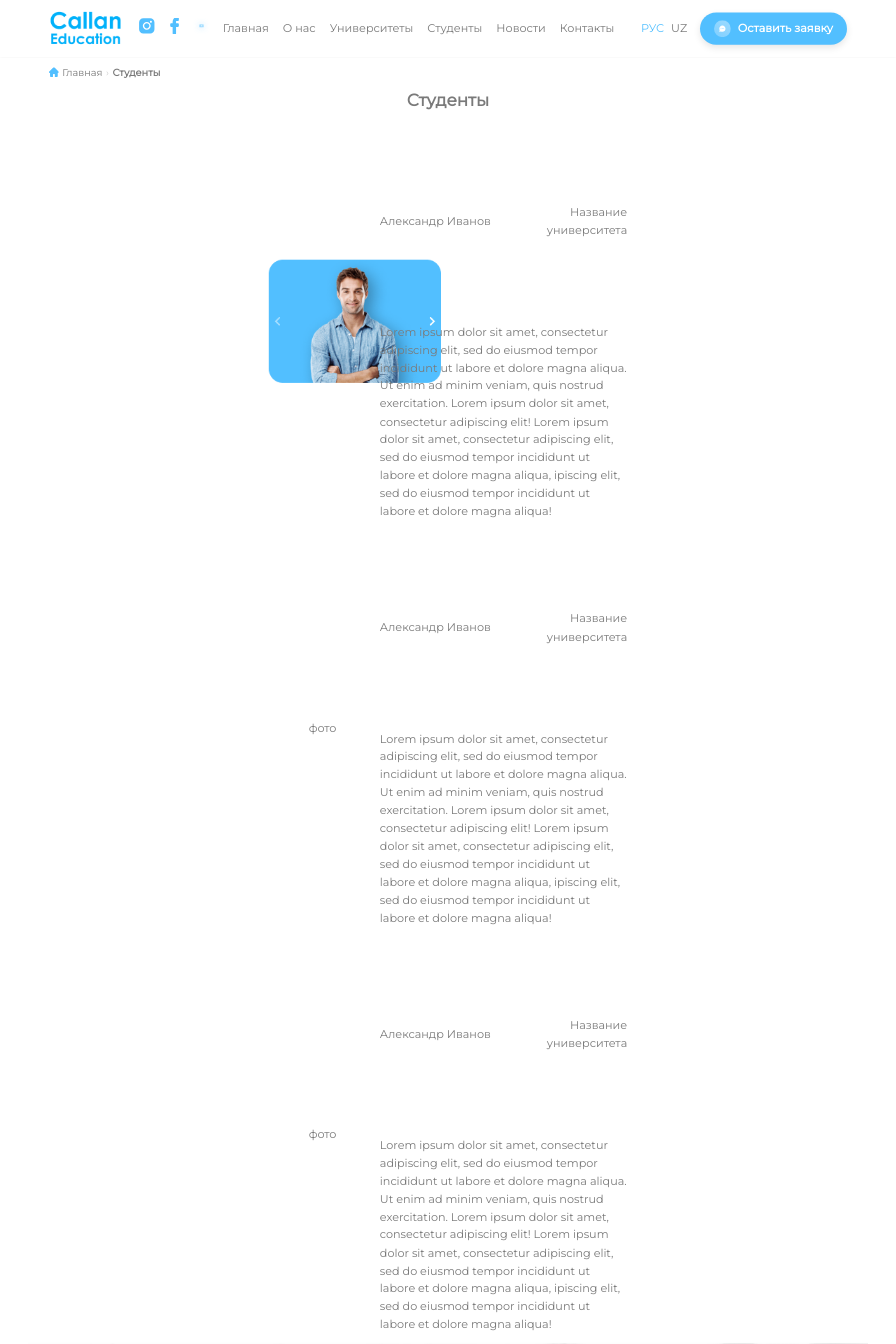
Repository: olyakorzh/Team-project-1
Page: assets/pages/students.html
These files come from the project's save history. The page is drawn as it stood at one moment and after a run of saves; the edit follows.
The browser window is 1280 px wide. The pictures show the part of the page from y = 0 to 1920 px (the page is 3373 px tall), at 70% of full size.
Pictures or frames that could not be fetched are drawn as grey boxes. A picture or video elsewhere on the page could not be fetched, so the positions and the page height are approximate.

Above is the page before, as saved 2024-12-08 11:31:56.

After the next 2 saves:
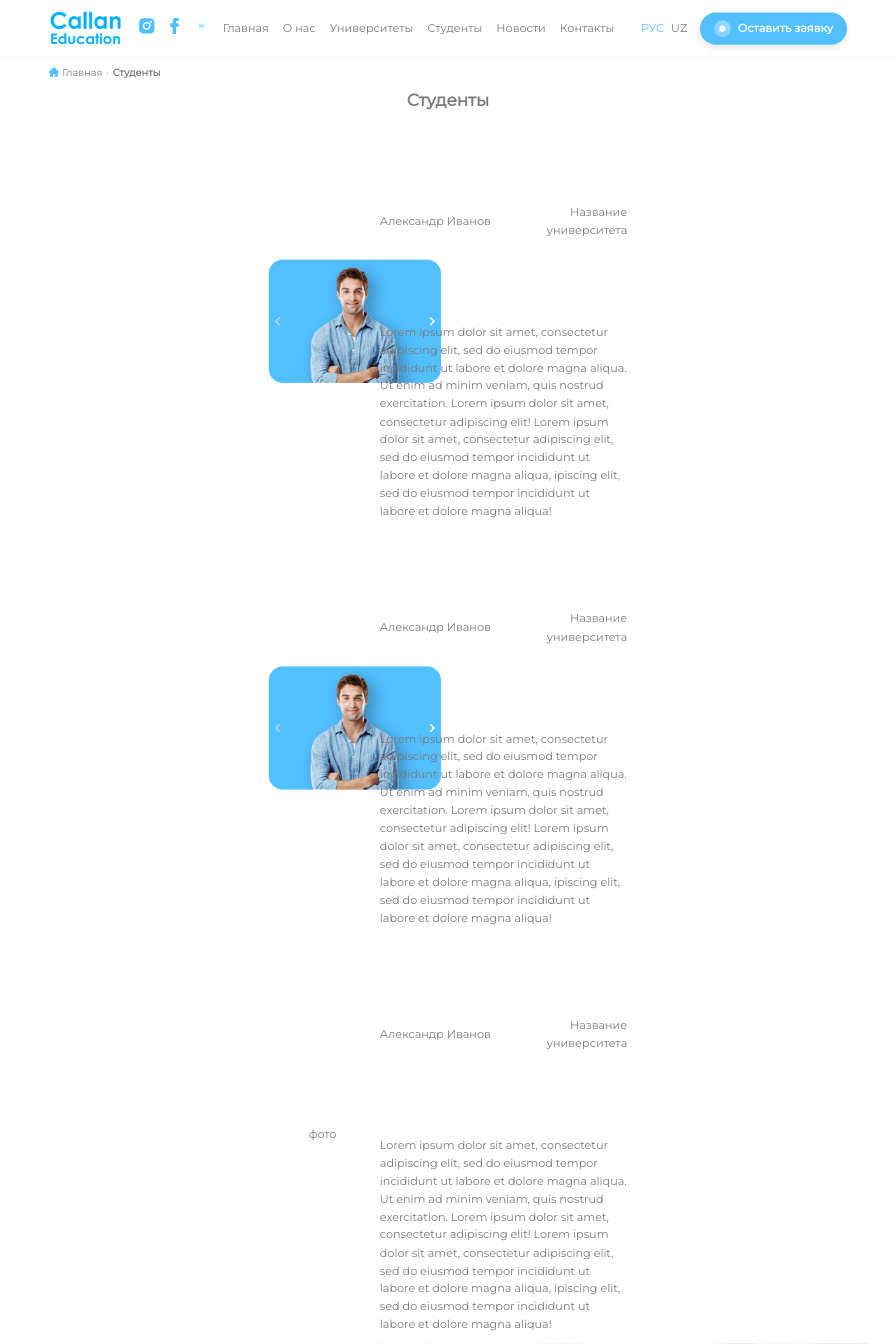
The 2 saves are shown as one change because they came seconds apart.
The last was saved 27 s later.
--- a/assets/pages/students.html
+++ b/assets/pages/students.html
@@ -112,8 +112,7 @@
          </div>
         </div>
         <div class="basic">
-          <div class="containerstudent">
-          <div class="block_foto">фото</div>
+          <div class="containerstudent"><div class="block_foto"><img src="../img/students.img/photo.png" alt="Фото студента"></div>
           <div class="block1">Александр Иванов</div>
           <div class="block2">Название университета</div>
           <div class="block3">Lorem ipsum dolor sit amet, consectetur adipiscing elit, sed do eiusmod tempor incididunt ut labore et dolore magna aliqua. Ut enim ad minim veniam, quis nostrud exercitation. Lorem ipsum dolor sit amet, consectetur adipiscing elit! Lorem ipsum dolor sit amet, consectetur adipiscing elit, sed do eiusmod tempor incididunt ut labore et dolore magna aliqua, ipiscing elit, sed do eiusmod tempor incididunt ut labore et dolore magna aliqua!</div>
